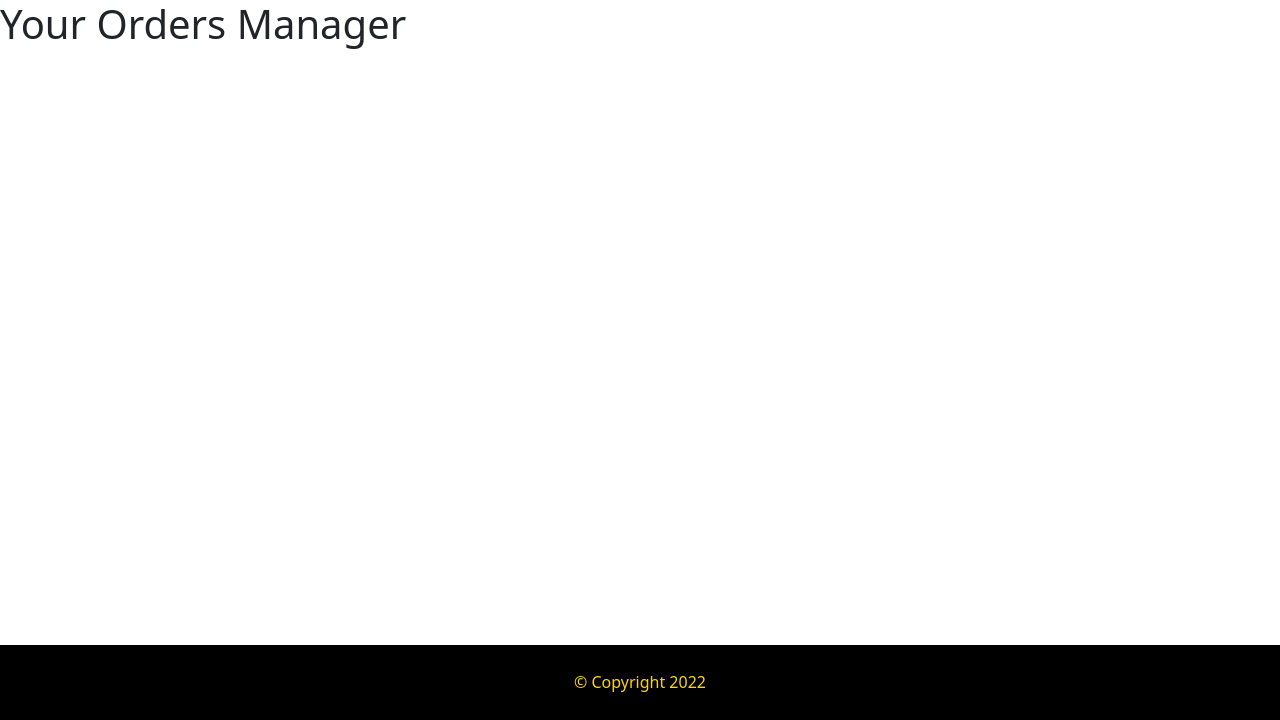
Repository: JoaquinYari/Academia-Crisalis
Page: http://localhost/yariSistem/Home.jsp
An editor plug-in stored every save of this project. The page is shown before and after the next save, followed by the edit.
The browser window is 1280 px wide. The pictures show the whole page.
The page is served by Tomcat 10. Nobody is signed in. The application's start-up code is not run.

Above is the page before, as saved 2022-03-27 03:01:11.

After the next save:
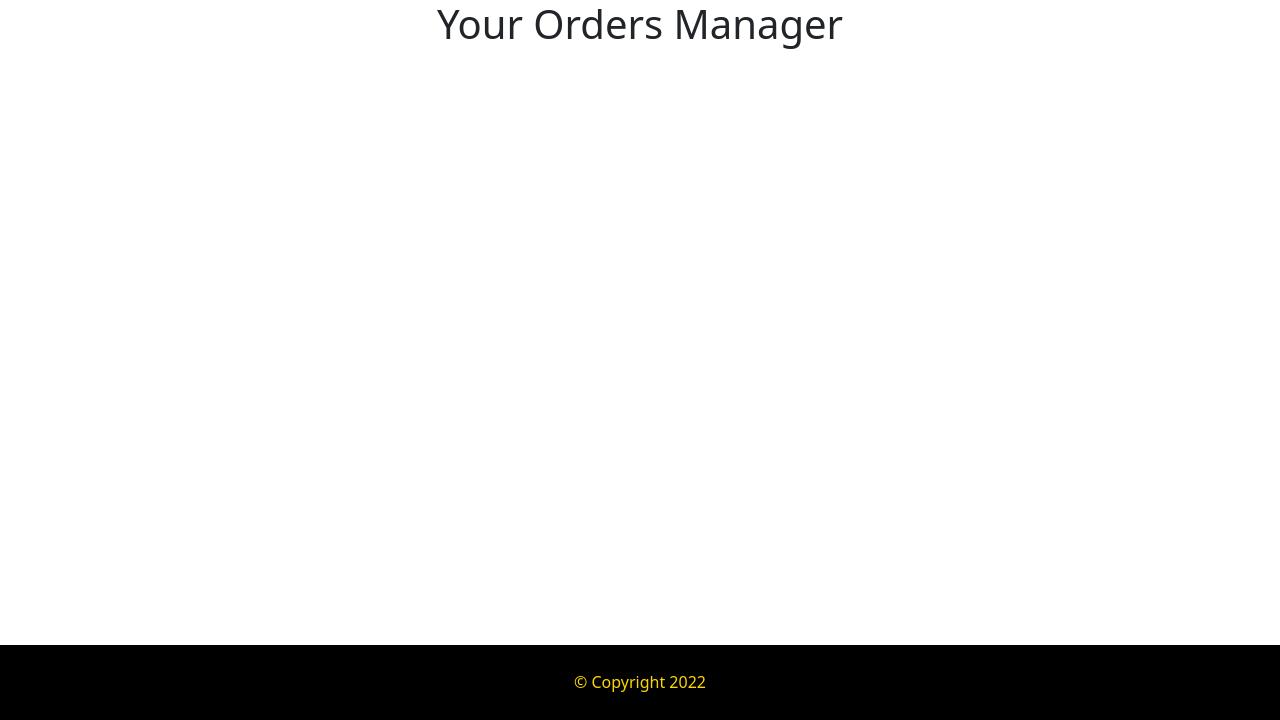
Saved 37 s later.
--- a/yariSistem/src/main/webapp/css/styles.css
+++ b/yariSistem/src/main/webapp/css/styles.css
@@ -1,3 +1,7 @@
+#title {
+	text-align: center;
+}
+
 footer {
     background-color: #000;
     bottom: 0;
